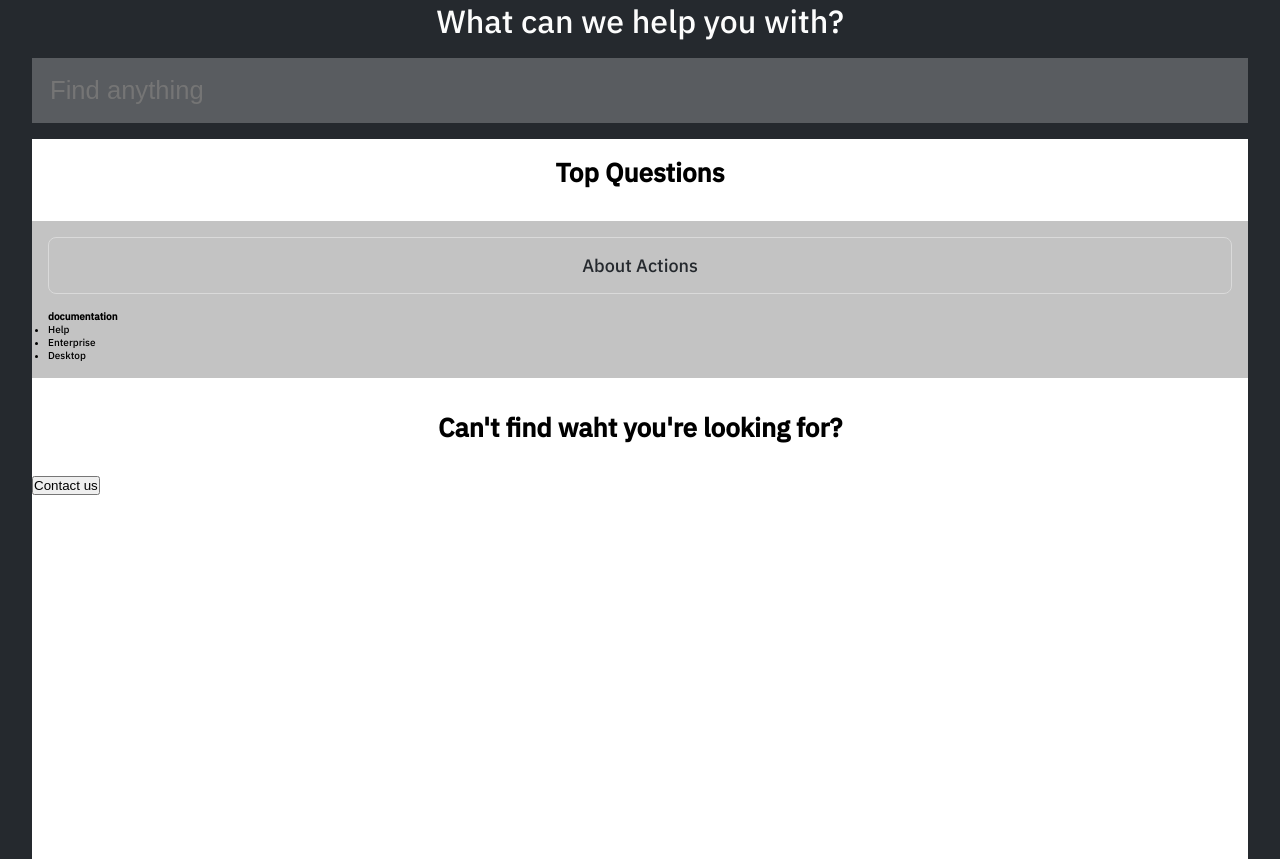
Repository: Hcmwebs/Help-Center-UI-
Page: index.html
The author's editor kept a copy of each file at every save. The page is drawn from the files as they stood at one save, then again after the next save.
The browser window is 1280 px wide. The pictures show the whole page.
The style sheet was rebuilt from its Sass, Less or Tailwind sources for each picture, by a compiler version that may differ from the author's.

Above is the page before, as saved 2020-08-25 23:35:11.

### index.html
<!DOCTYPE html>
<html lang="en">
<head>
    <meta charset="UTF-8">
    <meta name="viewport" content="width=device-width, initial-scale=1.0">
    <link rel="stylesheet" href="css/styles.min.css">
    <title>Help Center</title>
</head>
<body>
    <div class="container">
        <header>
            <h1>What can we help  you with?</h1>
            <input type="search"
            id="search"
            placeholder="Find anything">
        </header>


        <!-- *******card****** -->
        <div class="card">
            <!--****card-header**** -->
            <h2> Top Questions</h2>

            <!--****card-body**** -->

            <div class="card-item">
                <div class="card-item-head">
                    <h3>About Actions</h3>
                </div>
                <div class="card-item-body">
                    <h4>documentation</h4>
                    <ul>
                        <li>Help</li>
                        <li>Enterprise</li>
                        <li>Desktop</li>
                    </ul>
                </div>
            </div>


            <!--****card--footer**** -->
            <div class="card-footer">
                <h2>Can't find waht you're looking for? </h2>
                <button class="btn-primary">Contact us</button>
            </div>

        </div>
    </div>
</body>
</html>

### scss/styles.scss
@import url('https://fonts.googleapis.com/css2?family=IBM+Plex+Sans:wght@300;500&display=swap');
$font-stack:'IBM Plex Sans', sans-serif;
$bg-color:rgba(37,41,46,1.0);
$primary-color:rgba(255,255,255,0.99);
$border-color:rgba(218,218,218,1);

*{
    margin: 0;
    padding: 0;
    box-sizing: border-box;
}

body{
    font-family: $font-stack;
    font-size: 10px;
    background-color:$bg-color;
    display: grid;
    place-items: center;
    height: 100vh;
    width: 100%;
}

.container{
    width: 100%;
    padding: 0 2rem ;
    background-color:$bg-color;

}
header{
    text-align: center;
    margin-bottom: 1rem;


    h1{
        font-size: 32px;
        font-weight: 500;
        margin-bottom: 1rem;
        color: $primary-color;
    }
    input{
        font-size: 1.6rem;
        width: 100%;
        padding: 1rem;
        color:$primary-color;
        background-color:rgba(255,255,255,0.24);
        border: 2px solid transparent;
        transition: all 0.75s ease-in;
    }
    input:hover{
        border-color: $border-color;
    }

}
.card{
    width: 100%;
    height: 100vh;
    background-color: #fff;

    h2{
        text-align: center;
        font-size: 26px;
        margin: 1rem 0;
        padding: 1rem;
    }

    &-item{
        width: 100%;
        text-align: center;
        display: grid;
        grid-template-columns: 1fr;
        gap: 1rem;
        padding: 1rem;
        background-color:#c3c3c3;


        &-head{
            padding: 1rem;
            border: 1px solid $border-color;
            border-radius: 0.5rem;


            h3{
                font-size: 18px;
                font-weight: normal;
                text-align: center;
                color:$bg-color;


            }
        }

        &-body{
            text-align: justify;


        }
    }
}

After the next save:
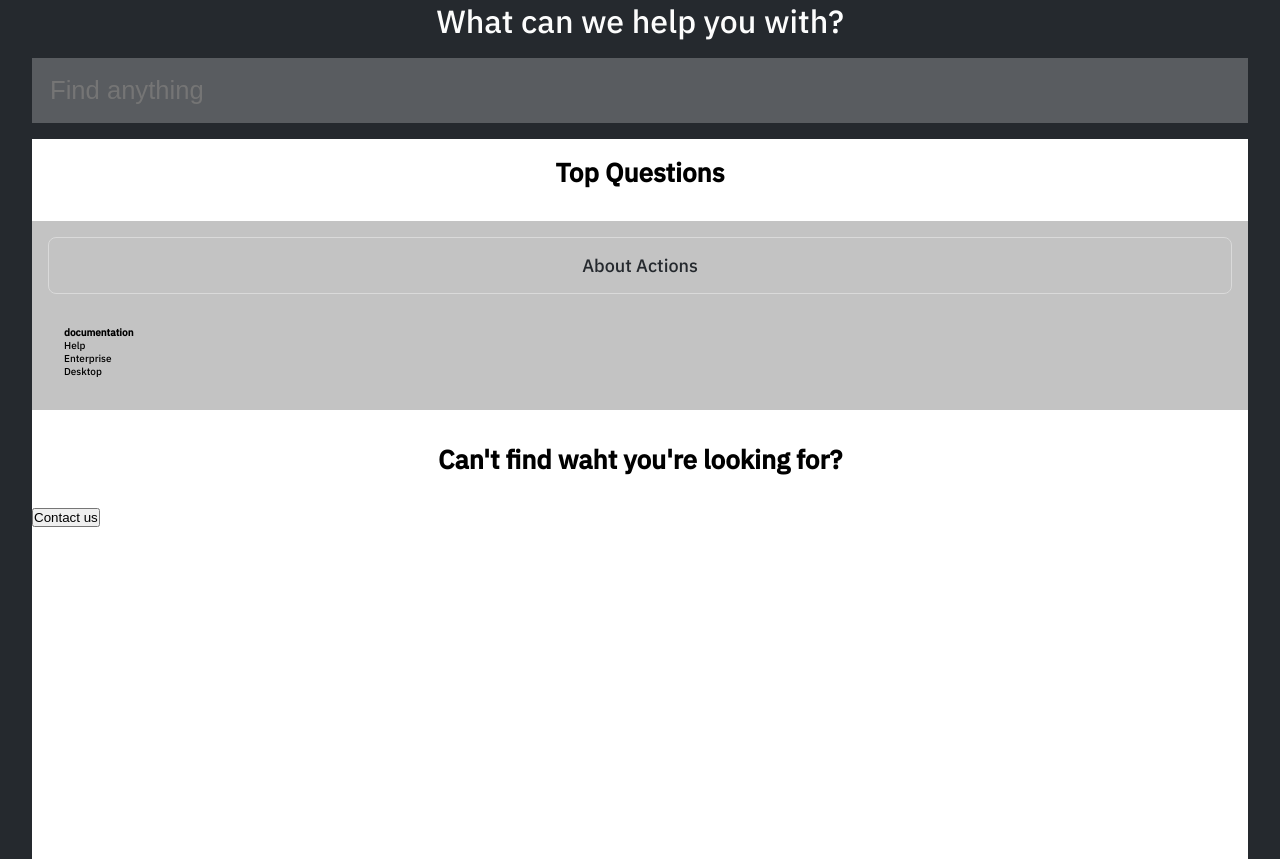
Saved 2 min 41 s later.
--- a/scss/styles.scss
+++ b/scss/styles.scss
@@ -91,6 +91,16 @@ header{
 
         &-body{
             text-align: justify;
+            padding: 1rem;
+
+            ul{
+                list-style: none;
+
+
+                li{
+
+                }
+            }
 
 
         }
